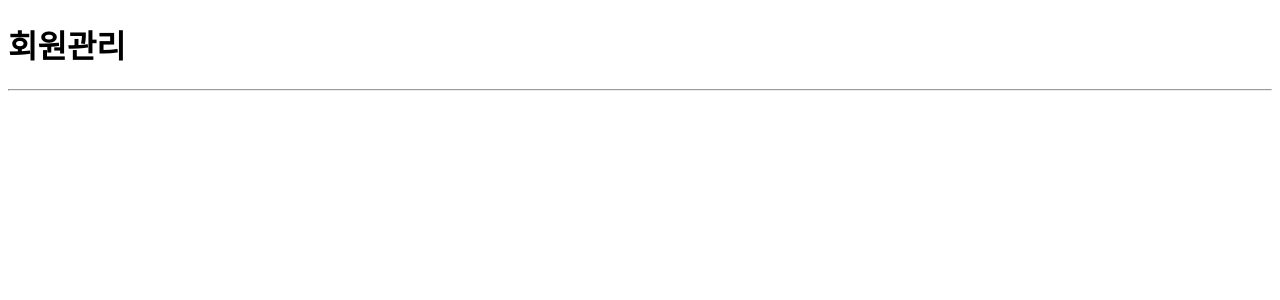
Repository: beescuit9510/toyProjects
Page: http://localhost/05_jspDbProject/
The author's editor kept a copy of each file at every save. The page is drawn from the files as they stood at one save, then again after the next save.
The browser window is 1280 px wide. The pictures show the whole page.
The page is served by Tomcat 9.

Above is the page before, as saved 2021-09-30 06:00:44.

After the next save:
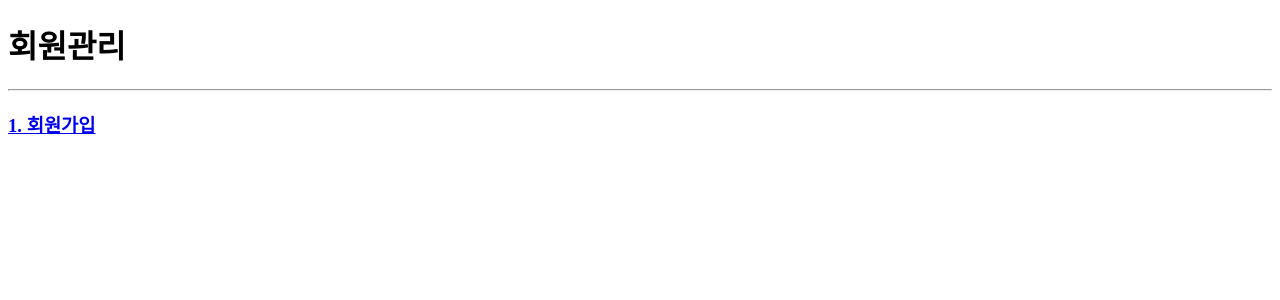
Saved 13 s later.
--- a/web-server-workplace/05_jspDbProject/src/main/webapp/index.jsp
+++ b/web-server-workplace/05_jspDbProject/src/main/webapp/index.jsp
@@ -9,6 +9,6 @@
 <body>
 	<h1>회원관리</h1>
 	<hr>
-	<h3><a href="/views/joinFrm.jsp"</h3>
+	<h3><a href="/views/joinFrm.jsp">1. 회원가입</a></h3>
 </body>
 </html>
